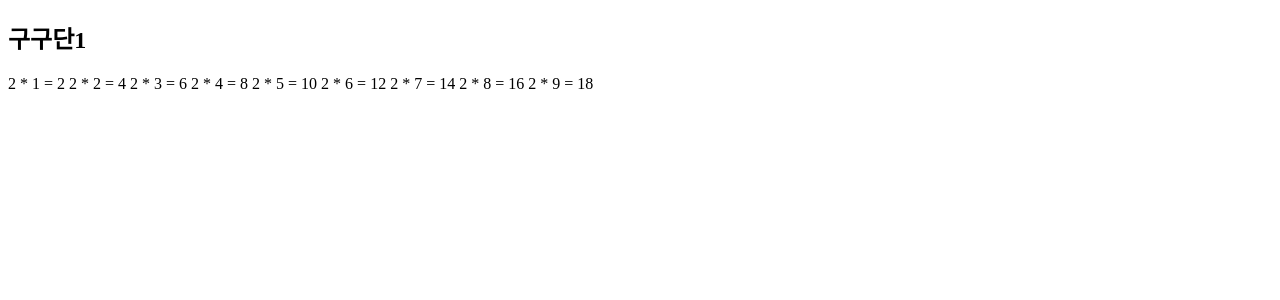
Repository: bluelessman/JSPServlet
Page: http://localhost/ServletStudy/JSPMission/gugudan1.jsp
An editor plug-in stored every save of this project. The page is shown before and after the next save, followed by the edit.
The browser window is 1280 px wide. The pictures show the whole page.
The page is served by Tomcat 10.

Above is the page before, as saved 2023-12-12 02:26:22.

After the next save:
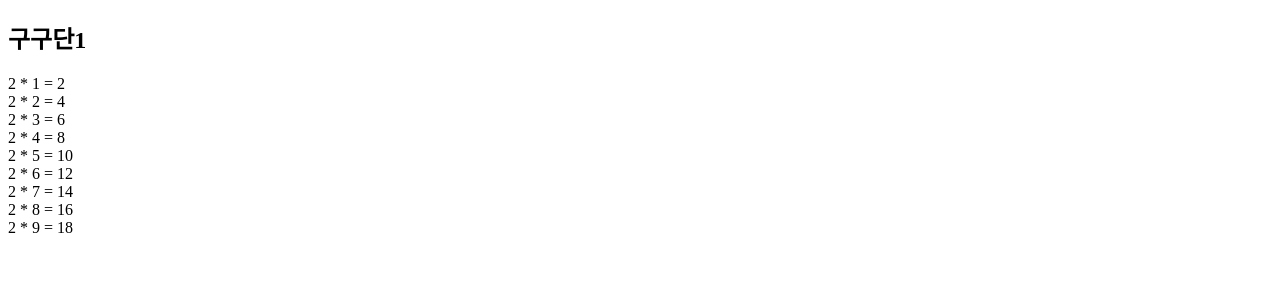
Saved 23 s later.
--- a/ServletStudy/src/main/webapp/JSPMission/gugudan1.jsp
+++ b/ServletStudy/src/main/webapp/JSPMission/gugudan1.jsp
@@ -14,7 +14,7 @@
 if(request.getParameter("dan")==null) n = 2;
 else n = Integer.parseInt(request.getParameter("dan"));
 for(int i=1;i<=9;i++){
-	out.println(n+" * "+i+" = "+(n*i));
+	out.println(n+" * "+i+" = "+(n*i)+"</br>");
 }
 %>
 </body>
